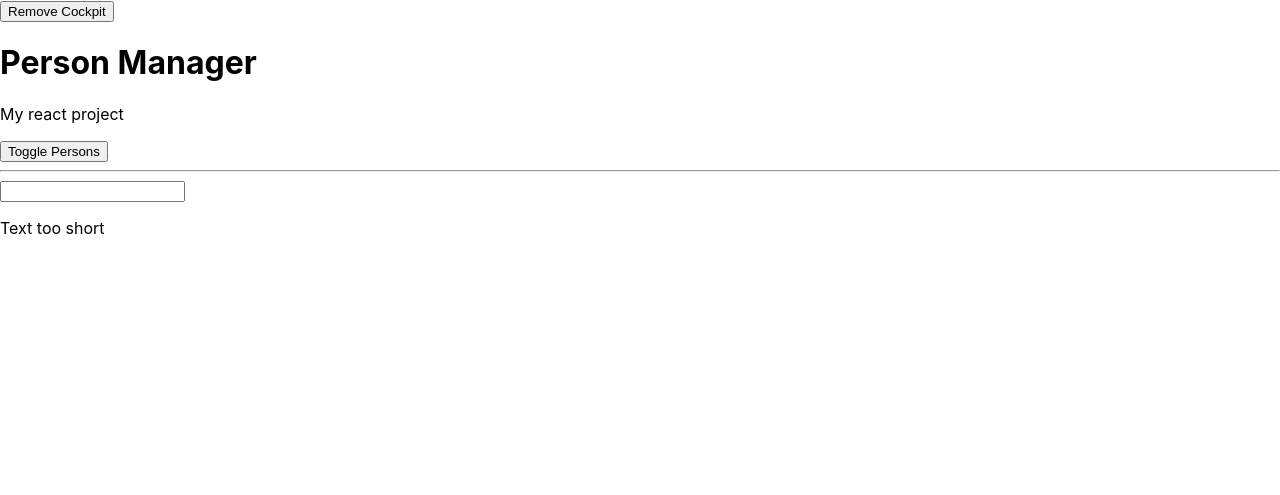
Repository: chrisbriz/myreactapp
Page: /
These files come from the project's save history. The page is drawn as it stood at one moment and after the next save; the edit follows.
The browser window is 1280 px wide. The pictures show the whole page.
The project was rebuilt for these pictures with package versions that can differ from the ones it lists, and the page was loaded fresh each time. Also part of the build but not shown: src/Containers/App.css, src/Components/Char.js, src/Components/Persons/Person/Person.css, src/Components/Cockpit/Cockpit.css.

Above is the page before, as saved 2019-02-20 09:54:47.

After the next save:
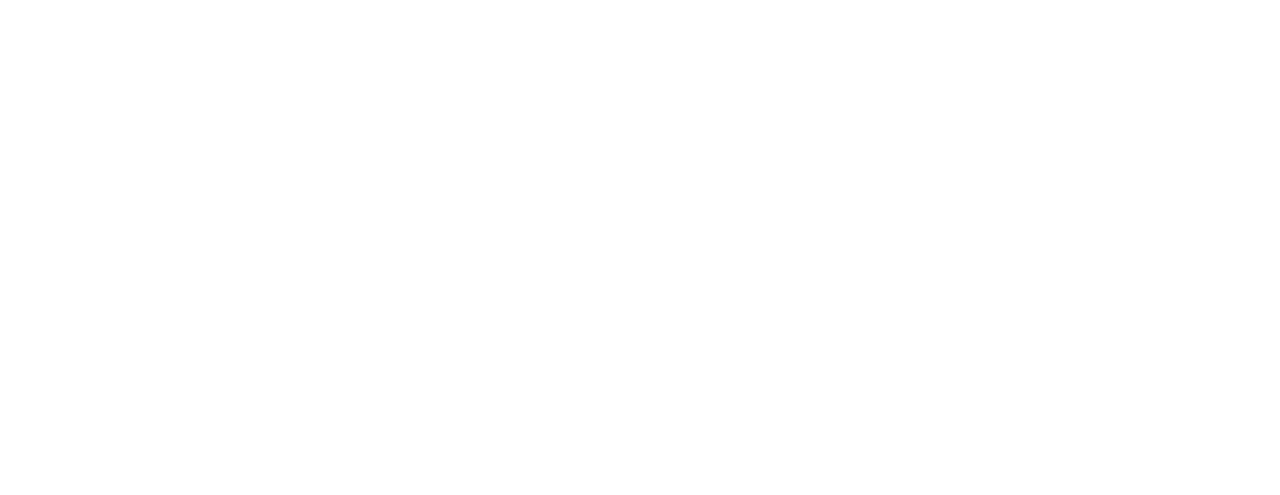
Console error: TypeError: Cannot read properties of null (reading 'click')
Saved 30 s later.
--- a/src/Components/Cockpit/Cockpit.js
+++ b/src/Components/Cockpit/Cockpit.js
@@ -3,6 +3,7 @@
 
 const cockpit = (props) => {
     const toggleBtnRef = useRef(null);
+    toggleBtnRef.current.click();
 
     useEffect(() => {
         console.log('[Cockpit.js] useEffect');

After the save that followed:
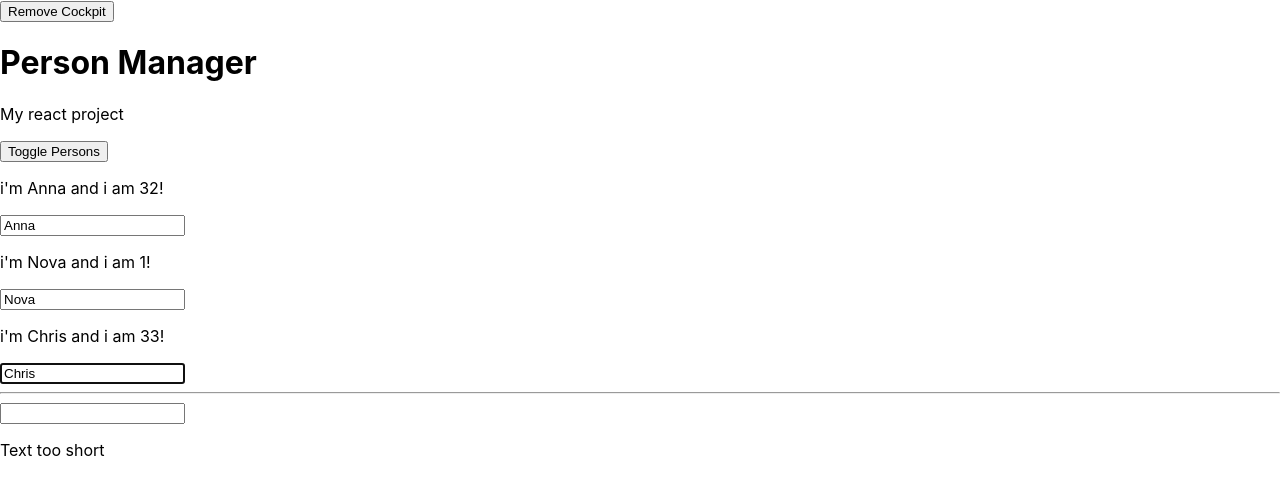
The error is gone.
Saved 93 s later.
--- a/src/Components/Cockpit/Cockpit.js
+++ b/src/Components/Cockpit/Cockpit.js
@@ -3,14 +3,14 @@
 
 const cockpit = (props) => {
     const toggleBtnRef = useRef(null);
-    toggleBtnRef.current.click();
 
     useEffect(() => {
         console.log('[Cockpit.js] useEffect');
         //HTTP request...
-        setTimeout(() => {
-            alert('Saved data to the cloud');
-        }, 1000);
+        // setTimeout(() => {
+        //     alert('Saved data to the cloud');
+        // }, 1000);
+        toggleBtnRef.current.click();
         return () => {
             console.log('[Cockpit.js] clean up work in useEffect');
         };
